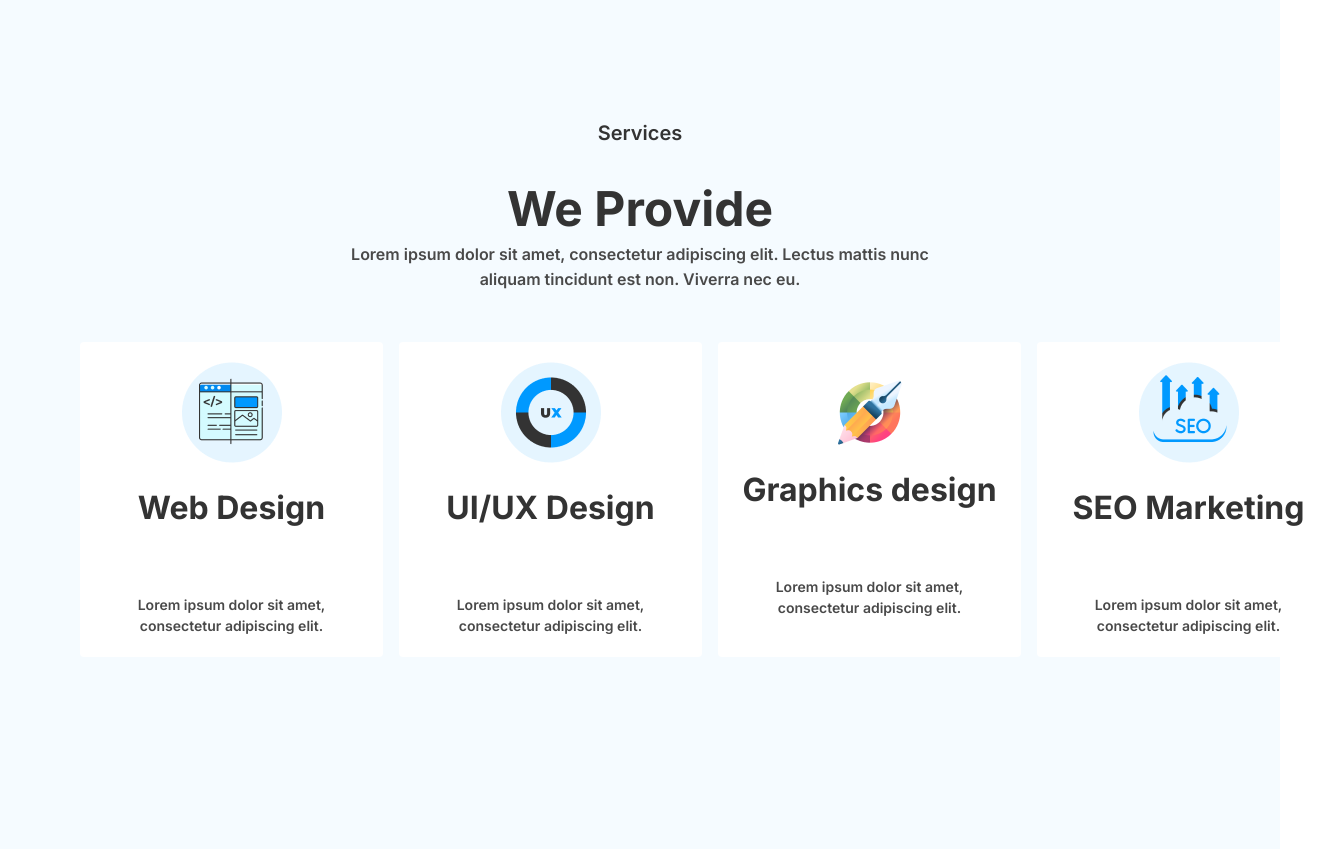
Repository: kubrazamanova/Agencywebsite
Page: servicePage/index.html
The author's editor kept a copy of each file at every save. The page is drawn from the files as they stood at one save, then again after the next save.
The browser window is 1280 px wide. The page is 1340 px wide, so the pictures cover 1340 px, including what lies to the right of the window. The pictures show the whole page.

Above is the page before, as saved 2023-10-03 19:25:52.

After the next save:
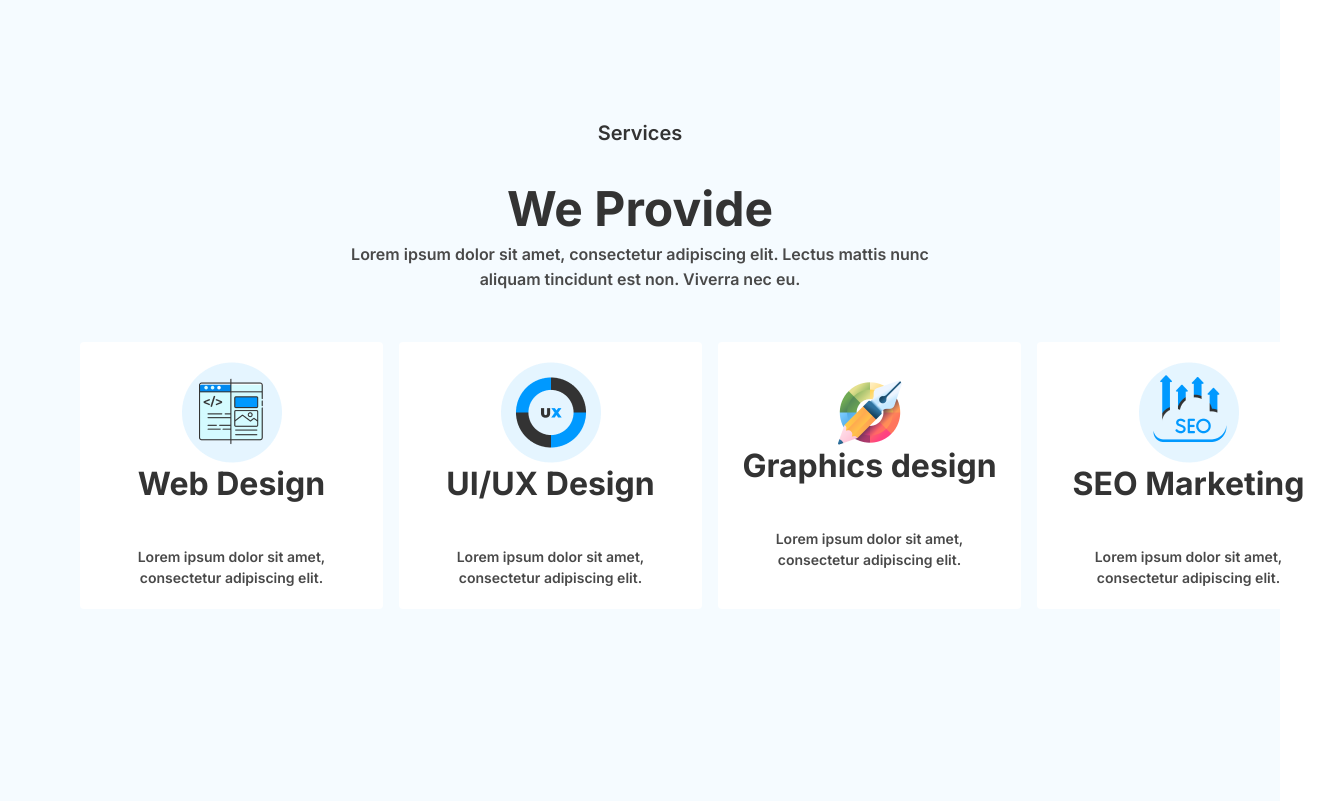
Saved 90 s later.
--- a/servicePage/index.css
+++ b/servicePage/index.css
@@ -71,7 +71,7 @@ ul li {
   flex-direction: column;
   justify-content: center;
   align-items: center;
-  gap: 24px;
+  /* gap: 24px; */
 }
 
 ul li b {
